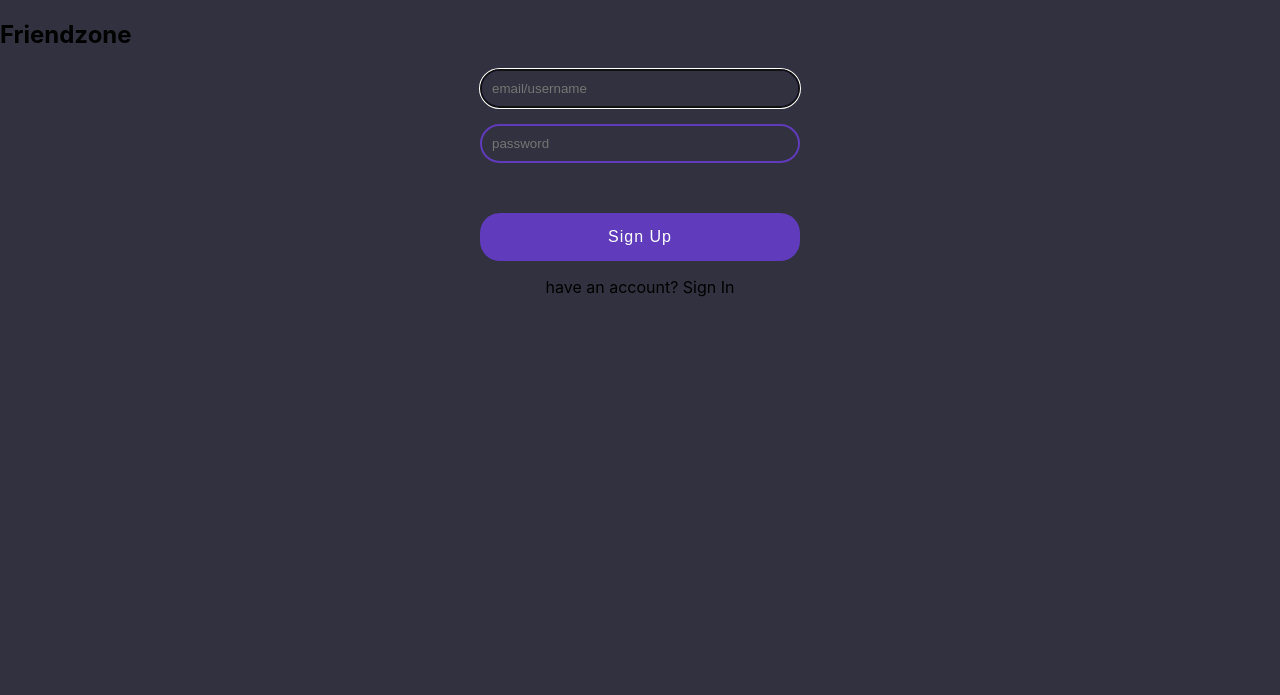
Repository: DerickT02/friend-zone
Page: /
An editor plug-in stored every save of this project. The page is shown before and after the next save, followed by the edit.
The browser window is 1280 px wide. The pictures show the whole page.
The project was rebuilt for these pictures with package versions that can differ from the ones it lists, and the page was loaded fresh each time. Also part of the build but not shown: src/Appreducer.js, src/GlobalState.js, src/Post.js, src/Homepage.js, src/fire.js.

Above is the page before, as saved 2021-07-07 07:49:14.

### src/index.js
import React from 'react';
import ReactDOM from 'react-dom';
import './index.css';
import App from './App';


ReactDOM.render(

    <App />,
  document.getElementById('root')
);

// If you want to start measuring performance in your app, pass a function
// to log results (for example: reportWebVitals(console.log))
// or send to an analytics endpoint. Learn more: https://bit.ly/CRA-vitals

### src/index.css
body {
  margin: 0;
  font-family: -apple-system, BlinkMacSystemFont, 'Segoe UI', 'Roboto', 'Oxygen',
    'Ubuntu', 'Cantarell', 'Fira Sans', 'Droid Sans', 'Helvetica Neue',
    sans-serif;
  -webkit-font-smoothing: antialiased;
  -moz-osx-font-smoothing: grayscale;
  background-color: rgb(49, 49, 63);

}

code {
  font-family: source-code-pro, Menlo, Monaco, Consolas, 'Courier New',
    monospace;
}

### src/App.js
import React, { Component, useState, useEffect } from 'react'
import { BrowserRouter, Switch, Link, Route, Redirect, Router} from 'react-router-dom'
import Login from './Login'
import Homepage from './Homepage'
import './App.css'

import fire from './fire'
import GlobalProvider from './GlobalState'

function App() {
  const [user, setUser] = useState('')
  const [email, setEmail] = useState('')
  const [password, setPassword] = useState('')
  const [emailError, setEmailError] = useState('')
  const [passwordError, setPasswordError] = useState('')
  const [hasAccount, setHasAccount] = useState(false)

const clearInputs = () => {
  setEmail('')
  setPassword('')
}

const clearErrors = () => {
  setEmailError('');
  setPasswordError('')
}

const handleLogin = () => {
  clearErrors()
  fire
  .auth()
  .signInWithEmailAndPassword(email, password)
  .catch(err => {
      switch(err.code){
          case 'auth/invalid-email':
          case 'auth/user-disabled':
          case 'auth/user-not-found':
              setEmailError(err.message)
              break;
          case 'auth/wrong-password':
              setPasswordError(err.message)
              break
      }
  })
}

const handleSignup = () => {
  clearErrors()
  fire
  .auth()
  .createUserWithEmailAndPassword(email, password)
  .catch(err => {
      switch(err.code){
          case 'auth/email-already-in-use':
          case 'auth/invalid-email':
          setEmailError(err.message);
          break;

          case 'auth/weak-password':
          setPasswordError(err.message)
      }
  })
}

const handleLogout = () => {
  fire
  .auth()
  .signOut()
}

const authListener = () => {
  fire.auth().onAuthStateChanged((user) => {
    if(user){
      clearInputs()
      setUser(user)
    }
    else {
        setUser('')
    }
  })
}

useEffect(() => {
  authListener()
}, [])

  return (
    <div className="App">
    {user ? (
      <BrowserRouter>
      <GlobalProvider>
      <Switch>
        <Route exact path = '/'><Redirect to = "/homepage"/></Route>
        <Route exact path = '/homepage'><Homepage handleLogout = {handleLogout}/></Route>
      </Switch>
      </GlobalProvider>
     </BrowserRouter>
    ) : (

      <BrowserRouter>
      <Switch>
      <Route exact path = '/homepage'><Redirect to = "/" /></Route>
        <Route><Login email = {email}
            setEmail = {setEmail}
            password = {password}
            setPassword={setPassword}
            handleLogin={handleLogin}
            handleSignup={handleSignup}
            hasAccount={hasAccount}
            setHasAccount={setHasAccount}
            emailError={emailError}
            passwordError={passwordError} /></Route>
      </Switch>
      </BrowserRouter>
    )}

    </div>
  );
}

export default App;

### src/Login.js
import React, { Component, useState, useEffect } from 'react'
import './Login.css'
import {Link} from 'react-router-dom'

const Login = (props) => {
    const {email, setEmail, password, setPassword, handleLogin, handleSignup, hasAccount, setHasAccount, emailError, passwordError} = props
    return (
        <section className = "login">
        <div className="loginContainer" >

<h1>Friendzone</h1>


<input placeholder = 'email/username' type ="text" autoFocus required value = {email} onChange={(e) => setEmail(e.target.value)}/>
<p className ="errorMsg">{emailError}</p>

<input placeholder = 'password' type ="password" required value = {password} onChange={(e) => setPassword(e.target.value)} />
<p className = "errorMsg">{passwordError}</p>
<div className="btnContainer">

    {hasAccount ? (
        <div>
       <button type = "submit" onClick = {handleLogin}>Sign in</button>
        <p>Don't have an account? <span onClick ={() => setHasAccount(!hasAccount)}>Sign Up</span></p>
        </div>
    ):(
        <div>
        <button type = "submit" onClick={handleSignup}>Sign Up</button>
        <p>have an account? <span onClick = {() => setHasAccount(!hasAccount)}>Sign In</span></p>
        </div>
    )}

</div>
</div>
</section>





    )
}


export default Login

### src/Login.css
* {
  box-sizing: border-box;
}

.login .loginContainer input {
  border: 2px solid #603bbb;
  width: 25%;
  padding: 10px;
  background-color: rgb(49, 49, 63);
  border-radius: 20px;
  color: white;
}

.login .loginContainer h1 {
  text-align: left;
}


.btnContainer {
  margin-top: 50px;
}


.btnContainer button {
  border: none;
  border-radius: 20px;
  outline: none;
  width: 25%;
  padding: 15px 0;
  color: #fff;
  font-size: 16px;
  letter-spacing: 1px;
  background: #603bbb;
  cursor: pointer;
}

Loaded but not shown: public/index.html (common file); src/App.css (common file)

After the next save:
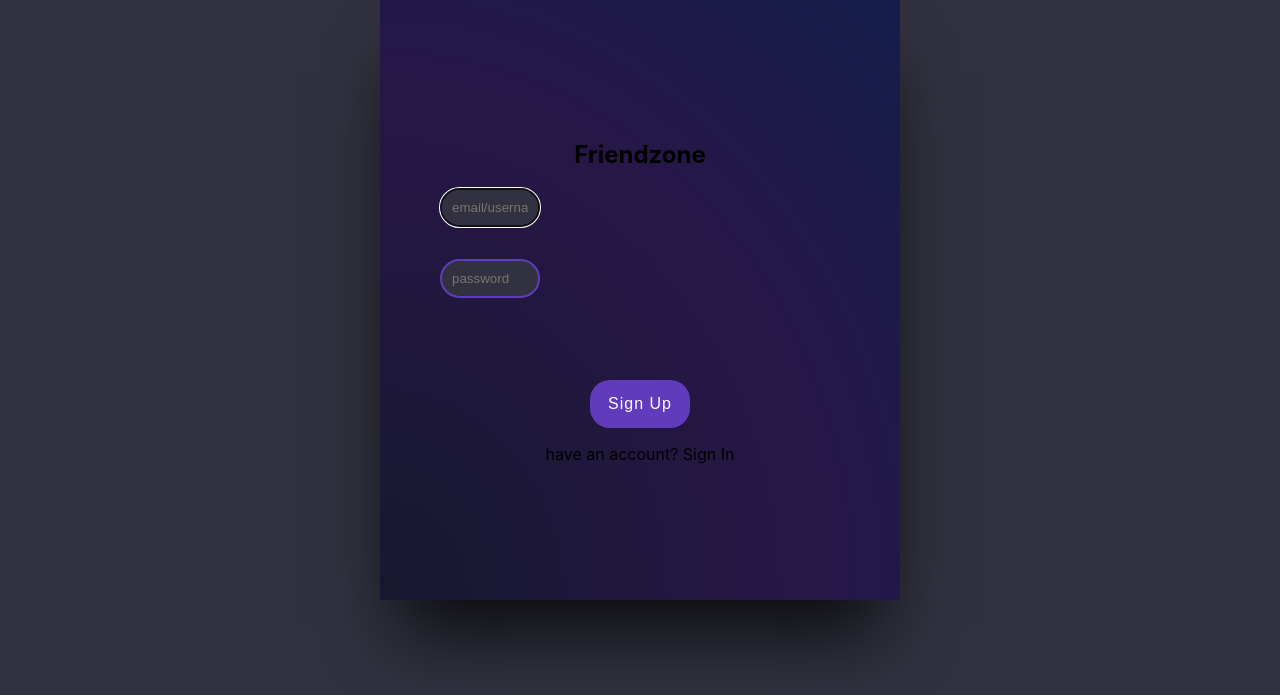
Saved 88 s later.
--- a/src/Login.css
+++ b/src/Login.css
@@ -1,5 +1,24 @@
 * {
   box-sizing: border-box;
+}
+
+
+.login .loginContainer {
+  padding: 60px;
+  margin: auto;
+  width: 100%;
+  max-width: 520px;
+  min-height: 600px;
+  display: flex;
+  flex-direction: column;
+  justify-content: center;
+  background: radial-gradient(
+    ellipse at left bottom,
+    rgba(22, 24, 47, 1) 0%,
+    rgba(38, 20, 72, 0.9) 59%,
+    rgba(17, 27, 75, 0.9) 100%
+  );
+  box-shadow: 0 50px 70px -20px rgba(0, 0, 0, 0.8);
 }
 
 .login .loginContainer input {
@@ -11,9 +30,7 @@
   color: white;
 }
 
-.login .loginContainer h1 {
-  text-align: left;
-}
+
 
 
 .btnContainer {
